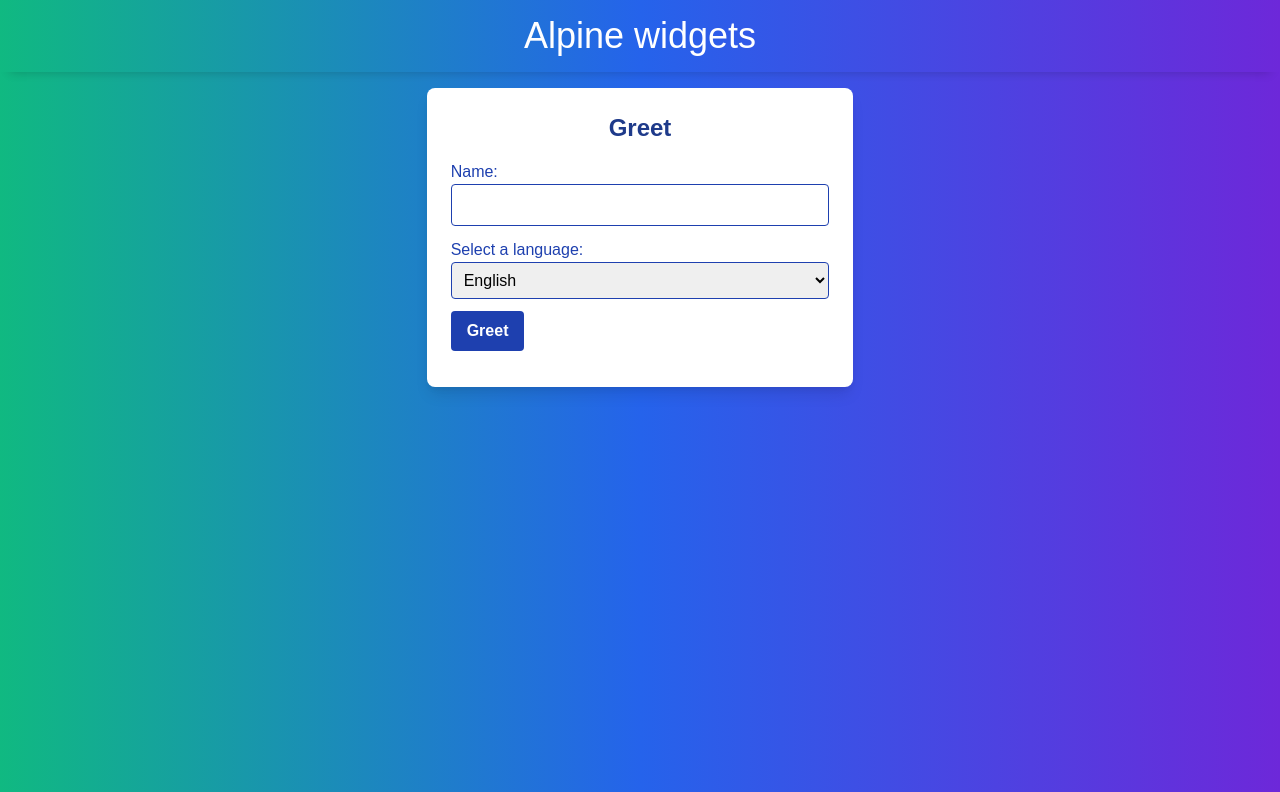
Repository: lasity34/alpine-bootcamp-widgets
Page: index.html
An editor plug-in stored every save of this project. The page is shown before and after the next save, followed by the edit.
The browser window is 1280 px wide. The pictures show the whole page.
Some web fonts or font styles are not loaded; a fallback is used. Some web libraries are served in a nearby version.

Above is the page before, as saved 2023-07-12 11:43:10.

### index.html
<!DOCTYPE html>
<html lang="en">
  <head>
    <meta charset="UTF-8" />
    <meta name="viewport" content="width=device-width, initial-scale=1.0" />
    <title>Alpine bootcamp widgets</title>
    <script src="//unpkg.com/alpinejs" defer></script>
    <link
      href="https://cdn.jsdelivr.net/npm/tailwindcss@2.1.2/dist/tailwind.min.css"
      rel="stylesheet"
    />
    <link rel="preconnect" href="https://fonts.googleapis.com" />
    <link rel="preconnect" href="https://fonts.gstatic.com" crossorigin />
    <link
      href="https://fonts.googleapis.com/css2?family=Titillium+Web:ital@0;1&family=Tsukimi+Rounded:wght@300;400;500&display=swap"
      rel="stylesheet"
    />
    <link rel="stylesheet" href="./style.css" />
  </head>
  <body class="bg-gradient-to-r from-green-500 via-blue-600 to-purple-700">
    <h1 class="text-4xl text-center mt-4 pb-4 text-white">Alpine widgets</h1>
    <div class="flex justify-around items-start h-screen">
      <section
        class="w-1/3 bg-white rounded-lg shadow-lg p-6 m-4"
        x-data="greet"
      >
        <h2 class="text-2xl text-center font-bold mb-4 text-blue-900">Greet</h2>
        <div>
          <label class="text-blue-800">Name:</label>
          <input
            type="text"
            x-model="name"
            class="border border-blue-800 p-2 rounded w-full"
          />

          <label class="mt-3 block text-blue-800">Select a language:</label>
          <select
            x-model="language"
            class="border border-blue-800 p-2 rounded w-full"
          >
            <option>English</option>
            <option>French</option>
            <option>Spanish</option>
          </select>

          <button
            @click="greeting()"
            class="mt-3 bg-blue-800 hover:bg-blue-900 text-white font-bold py-2 px-4 rounded"
          >
            Greet
          </button>

          <p class="mt-3 text-purple-700 text-2xl" x-text="message"></p> <!-- Making the message text larger -->
        </div>
      </section>

      <!-- Here you can add two more widgets like the one above -->

    </div>

    <script src="./greet.js"></script>
  </body>
</html>

### style.css
body {
    background-color:rgb(247, 239, 229);

    font-family: 'Tsukimi Rounded', sans-serif;
}

h1 {
    box-shadow: 0 10px 10px -10px rgba(0,0,0,0.2);
    font-family: 'Tsukimi Rounded', sans-serif;
    color: #333;
}

.widget_container {
    background-image: url(./background.jpg);
    background-repeat: no-repeat;
    background-size: cover;
    background-position: center;
}

### greet.js


function greet() {
  return {
    name: '',
    language: '',
    message: '',
    greeting() {
      if (this.language === 'English') {
        this.message = `Hello ${this.name}`
      } else if (this.language === 'French') {
        this.message = `Bonjour ${this.name}`
      } else if (this.language === 'Spanish') {
        this.message = `Hola ${this.name}`
      }
    }
  }
}



document.addEventListener("alpine:init", () => {
    Alpine.data("greet", greet);
  });

After the next save:
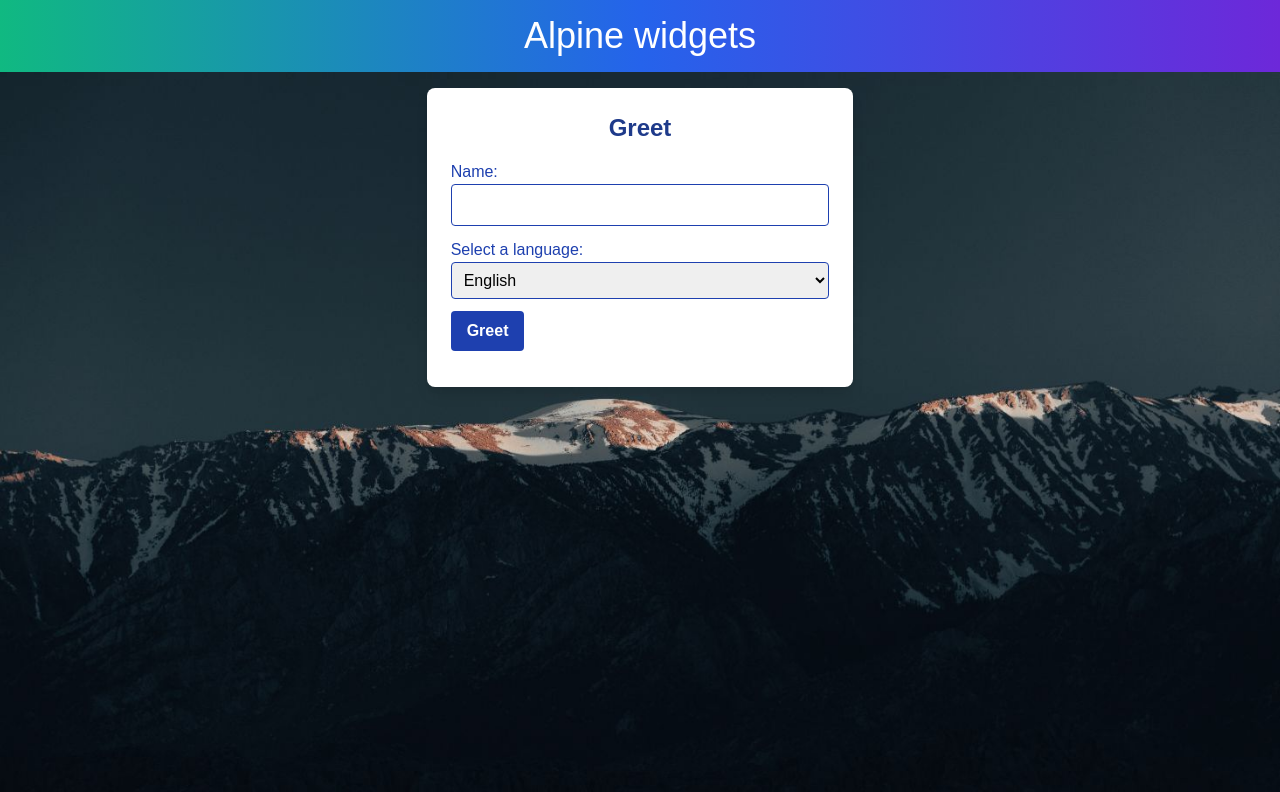
Saved 30 s later.
--- a/index.html
+++ b/index.html
@@ -19,7 +19,7 @@
   </head>
   <body class="bg-gradient-to-r from-green-500 via-blue-600 to-purple-700">
     <h1 class="text-4xl text-center mt-4 pb-4 text-white">Alpine widgets</h1>
-    <div class="flex justify-around items-start h-screen">
+    <div class="widget_container flex justify-around items-start h-screen">
       <section
         class="w-1/3 bg-white rounded-lg shadow-lg p-6 m-4"
         x-data="greet"
